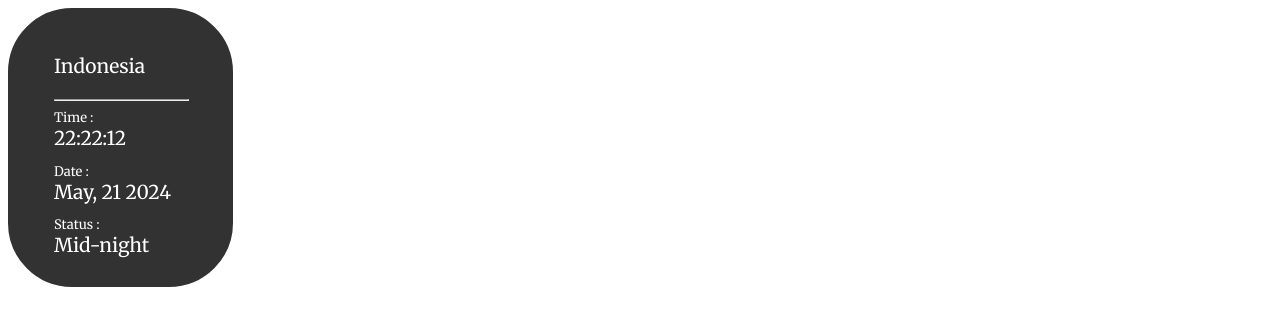
Repository: SnakeXrnt/notion-clock
Page: indonesia.html
The author's editor kept a copy of each file at every save. The page is drawn from the files as they stood at one save, then again after a run of saves.
The browser window is 1280 px wide. The pictures show the whole page.

Above is the page before, as saved 2024-05-21 16:48:17.

### indonesia.html
<!DOCTYPE html>
<html lang="en">
<head>
    <meta charset="UTF-8">
    <meta name="viewport" content="width=device-width, initial-scale=1.0">
    <title>Indonesia</title>
    <link rel="preconnect" href="https://fonts.googleapis.com">
    <link rel="preconnect" href="https://fonts.gstatic.com" crossorigin>
    <link href="https://fonts.googleapis.com/css2?family=Merriweather:ital,wght@0,300;0,400;0,700;0,900;1,300;1,400;1,700;1,900&display=swap" rel="stylesheet">
    <style>
        h1, h2, h3 {
            margin: 0px;
            font-family: "Merriweather", serif;
            font-weight: 400;
            font-style: normal;
            color: white;
        }

        h1 {
            font-size: larger;
            padding-bottom: 1vw;
        }
        h2 {
            font-size: small;
        }



        .box {
            display: flex;
            flex-direction: column;
            width: 100pt;
            height: 140pt;
            border: 35pt solid rgb(50, 50, 50);
            background-color: rgb(50, 50, 50);
            border-radius: 5vw;

        }
    </style>
    <script>
        function updateTime() {
            const timeElement = document.querySelector('.time');
            const dateElement = document.querySelector('.date');
            const statusElement = document.querySelector('.status');

            const now = new Date();
            const options = { timeZone: 'Asia/Jakarta' };
            const jakartaTime = new Date(now.toLocaleString('en-US', options));

            const hours = jakartaTime.getHours();
            const minutes = jakartaTime.getMinutes();
            const seconds = jakartaTime.getSeconds();

            timeElement.innerHTML = `${hours}:${minutes < 10 ? '0' : ''}${minutes}<span class="blink">:</span>${seconds < 10 ? '0' : ''}${seconds}`;

            const monthNames = ["January", "February", "March", "April", "May", "June", "July", "August", "September", "October", "November", "December"];
            const month = monthNames[jakartaTime.getMonth()];
            const date = jakartaTime.getDate();
            const year = jakartaTime.getFullYear();

            dateElement.innerHTML = `${month}, ${date} ${year}`;

            const hourOfDay = jakartaTime.getHours();
            let status = '';
            if (hourOfDay >= 5 && hourOfDay < 12) {
                status = 'Morning';
            } else if (hourOfDay >= 12 && hourOfDay < 15) {
                status = 'Mid-day';
            } else if (hourOfDay >= 15 && hourOfDay < 18) {
                status = 'Afternoon';
            } else if (hourOfDay >= 18 && hourOfDay < 21) {
                status = 'Evening';
            } else {
                status = 'Mid-night';
            }

            statusElement.innerHTML = status;

            // Toggle blink class
            const blinkElements = document.querySelectorAll('.blink');
            blinkElements.forEach(element => {
                element.classList.toggle('hidden');
            });
        }

        setInterval(updateTime, 1000); // Update every second
    </script>
</head>
<body>
    <div class="box">
        <h1>Indonesia</h1>
        <hr width="100%">
        <h2>Time :</h2>
        <h1 class="time"></h1>
        <h2>Date :</h2>
        <h1 class="date"></h1>
        <h2>Status : </h2>
        <h1 class="status"></h1>

    </div>
</body>
</html>

After the next 2 saves:
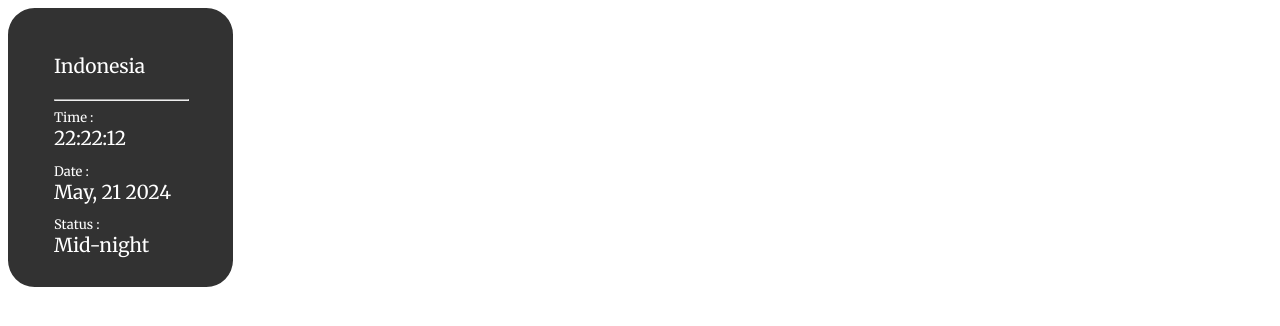
The 2 saves are shown as one change because they came seconds apart.
The last was saved 9 s later.
--- a/indonesia.html
+++ b/indonesia.html
@@ -33,7 +33,7 @@
             height: 140pt;
             border: 35pt solid rgb(50, 50, 50);
             background-color: rgb(50, 50, 50);
-            border-radius: 5vw;
+            border-radius: 20pt;
 
         }
     </style>
